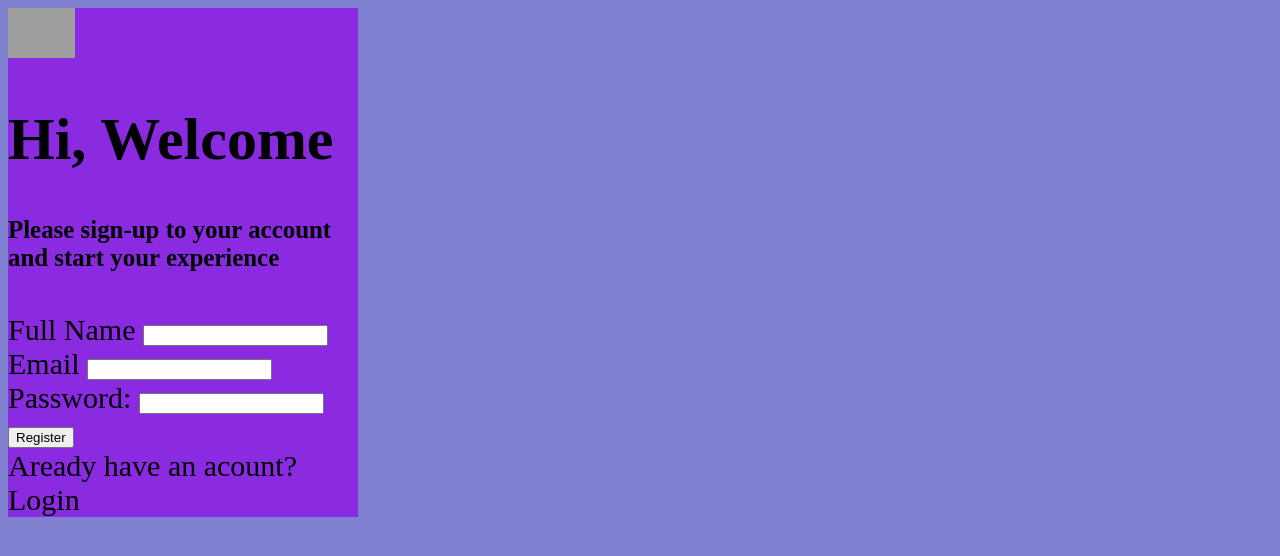
Repository: KingBoyMaylow/movie-task
Page: index.html
These files come from the project's save history. The page is drawn as it stood at one moment and after the next save; the edit follows.
The browser window is 1280 px wide. The pictures show the whole page.
Pictures or frames that could not be fetched are drawn as grey boxes.

Above is the page before, as saved 2024-05-18 17:09:49.

After the next save:
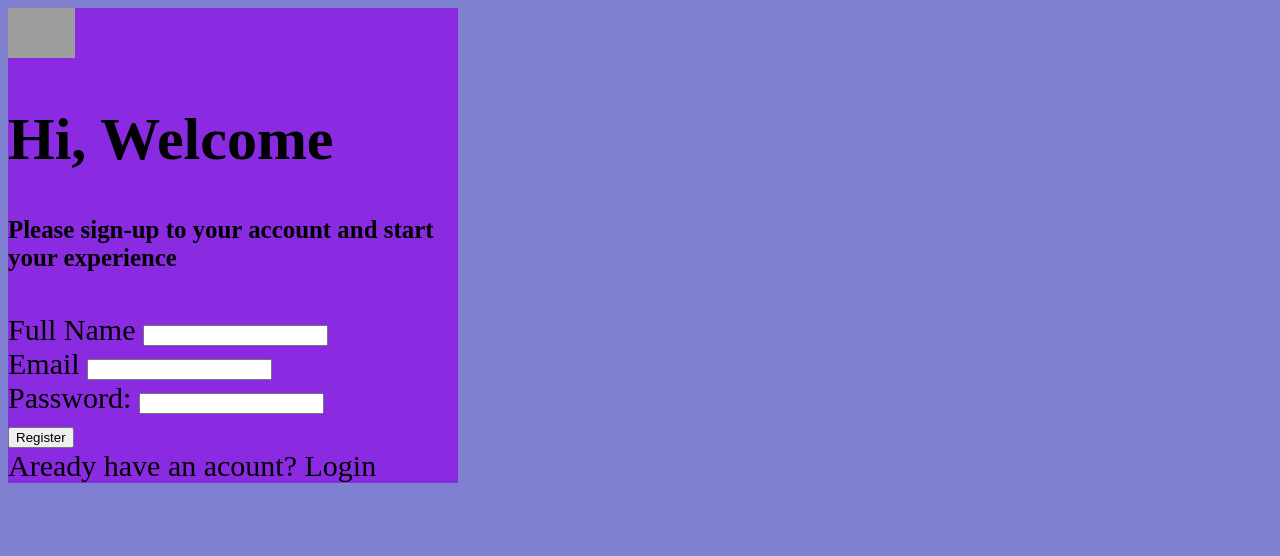
Saved 14 s later.
--- a/html.css
+++ b/html.css
@@ -4,7 +4,7 @@ body{
 .sign-up-div{
     font-size: 30px;
     background-color: blueviolet;
-    width: 350px;
+    width: 450px;
 }
 img{
     height: 50px;
